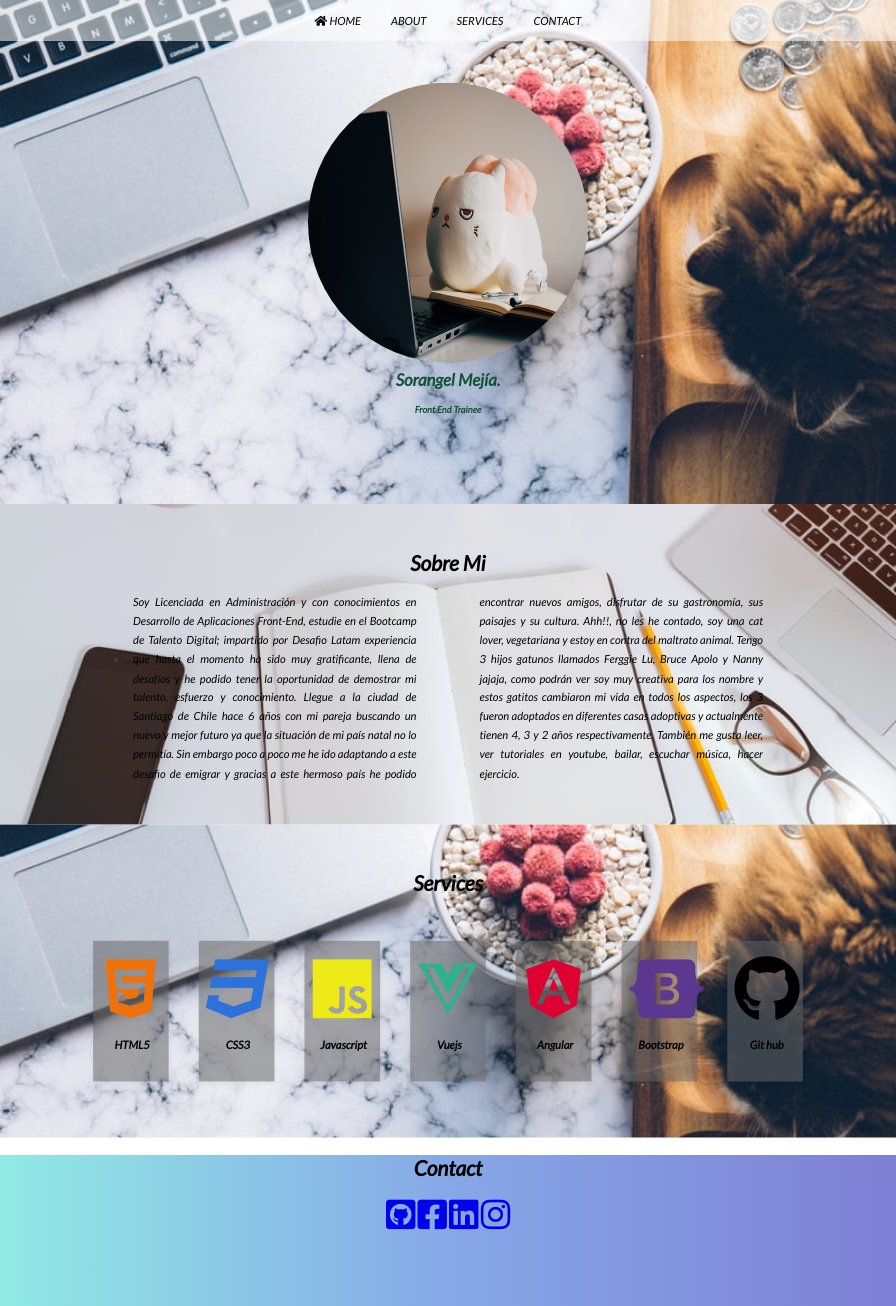
Repository: sory2311/portfolio-css
Page: index.html
The author's editor kept a copy of each file at every save. The page is drawn from the files as they stood at one save, then again after the next save.
The browser window is 1280 px wide. The pictures show the whole page, at 70% of full size.
Backgrounds fixed to the window are drawn as part of the page. Some web libraries are served in a nearby version.

Above is the page before, as saved 2021-05-27 18:49:46.

### index.html
<!DOCTYPE html>
<html lang="en">
  <head>
    <meta charset="UTF-8" />
    <meta name="viewport" content="width=device-width, initial-scale=1.0" />
    <title>Document</title>
    <link
      rel="stylesheet"
      href="https://cdnjs.cloudflare.com/ajax/libs/font-awesome/5.14.0/css/all.min.css"
    />
    <link
      href="https://fonts.googleapis.com/css2?family=Lato:ital@1&display=swap"
      rel="stylesheet"
    />
    <link rel="stylesheet" href="./css/style.css" />
  </head>

  <body>
    <nav class="sidebar">
      <a href="#home" class="sidebar-item"><i class="fas fa-home"></i> Home</a>
      <a href="#about" class="sidebar-item">About</a>
      <a href="#services" class="sidebar-item">Services</a>
      <a href="#contact" class="sidebar-item">Contact</a>
      <a href="javscript:void(0)" class="close"><i class="fa fa-times"></i></a>
    </nav>
    <a href="javscript:void(0)" class="open"><i class="fa fa-bars"></i></a>

    <!--aqui comienza el home-->
    <header id="home">
      <img src="./img/avatar2.jpeg" alt="Mi foto" class="avatar" />
      <h2 class="header-name">Sorangel Mejía.</h2>
      <h5 class="header-title">Front End Trainee</h5>
    </header>

    <!--aqui comienza el acerca de:-->
    <section id="about">
      <div class="container">
        <h1 class="section-title">Sobre Mi</h1>
        <p class="about-content">
          Soy Licenciada en Administración y con conocimientos en Desarrollo de Aplicaciones Front-End,
          estudie en el Bootcamp de Talento Digital; impartido por Desafio Latam
          experiencia que hasta el momento ha sido muy gratificante, llena de
          desafíos y he podido tener la oportunidad de demostrar mi
          talento, esfuerzo y conocimiento. Llegue a la ciudad de Santiago de Chile hace 6 años con mi pareja buscando un nuevo y mejor futuro
          ya que la situación de mi país natal no lo permitía. Sin embargo poco a poco me he ido adaptando a
          este desafio de emigrar y gracias a este hermoso país he podido encontrar nuevos amigos, disfrutar
          de su gastronomía, sus paisajes y su cultura.
          Ahh!!, no les he contado, soy una cat lover, vegetariana y estoy en contra del maltrato animal.
                    Tengo 3 hijos gatunos llamados Ferggie Lu, Bruce Apolo y Nanny jajaja, como podrán ver soy muy
                    creativa para los nombre y estos gatitos cambiaron mi vida en todos los aspectos, los 3
                    fueron
                    adoptados en diferentes casas adoptivas y actualmente tienen 4, 3 y 2 años respectivamente.
                    También me gusta leer, ver tutoriales en youtube, bailar, escuchar música, hacer
                    ejercicio.
        </p>
      </div>
    </section>
    <!--aqui comienza el servicios-->
    <section id="services">
      <div class="container">
        <h1 class="section-title">Services</h1>
        <div class="card">
          <i class="fab fa-html5 fa-6x icon-html5"></i>
          <div class="container">
            <h4 class="title">HTML5</h4>
          </div>
        </div>
        <div class="card">
          <i class="fab fa-css3 fa-6x icon-css3"></i>
          <div class="container">
            <h4 class="title">CSS3</h4>
          </div>
        </div>
        <div class="card">
          <i class="fab fa-js fa-6x icon-js"></i>
          <div class="container">
            <h4 class="title">Javascript</h4>

          </div>
        </div>
        <div class="card">
                <i class="fab fa-vuejs fa-6x icon-vuejs"></i>
                <div class="container">
                  <h4 class="title">Vuejs</h4>
                </div>
              </div>
              <div class="card">
                <i class="fab fa-angular fa-6x icon-angular"></i>
                <div class="container">
                  <h4 class="title">Angular</h4>

                </div>
              </div>
              <div class="card">
                    <i class="fab fa-bootstrap fa-6x icon-bootstrap"></i>
                    <div class="container">
                      <h4 class="title">Bootstrap</h4>

                    </div>
                  </div>
                  <div class="card">
                        <i class="fab fa-github fa-6x icon-github"></i>
                        <div class="container">
                          <h4 class="title">Git hub</h4>

                        </div>
                      </div>
      </div>
    </section>

    <!--aqui comienza el contacto-->
    <section id="contact">
      <div class="container">
        <h1 class="section-title">Contact</h1>
                  <div class="col-sm-6 footer">

                          <div class="icons-footer">
                              <a href="https://github.com/sory2311/" target='_blank'><i
                                      class="fab fa-github-square fa-3x"></i></a>
                              <a href="https://www.facebook.com/sory.mejiab/" target='_blank'><i
                                class="fab fa-facebook-square fa-3x"></i></a>
                              <a href="https://www.linkedin.com/in/sorangel-mejía-berrios-803b10107/" target='_blank'><i
                                class="fab fa-linkedin fa-3x"></i></a>
                              <a href="https://www.instagram.com/ferbrunny.2102/" target='_blank'><i
                                class="fab fa-instagram fa-3x"></i></a>
                          </div>
                      </div>



      </div>
    </section>

    <script src="./js/main.js"></script>
  </body>
</html>

### css/style.css
body {
   margin: 0;
   font-family: 'Lato';
}
/* aqui comienza el SIDEBAR*/

.sidebar {
    background-color: #ffffff88;
    overflow: hidden;
    position: fixed;
    text-align: center;
    top: 0;
    width: 100%;
    z-index: 3;
}

.sidebar .sidebar-item {
    color: black;
    font-size: 1em;
    padding: 20px;
    margin: 0 auto;
    text-decoration: none;
    text-transform: uppercase;
    display: inline-block;
}

.sidebar .sidebar-item:hover {
    background-color: #cccccc;

}

.sidebar .close {
    color: black;
    display: none;
    font-size: 1em;
    padding: 10px;
    position: absolute;
    top: 0;
    right: 30px;

}
.sidebar .close:hover {
    color: #3e34cc;
}

.open {
    color: #3e34cc;
    display: none;
    font-size: 1em;
    position: absolute;
    right: 12%;
    padding: 10px;
    top: 0;
    z-index: 2;
}
/* aqui TERMINA el SIDEBAR*/

/* aqui COMIENZA el HOME*/

#home {
    width: 100%;
    height: 100vh;
    display: flex;
    flex-direction: column;
    justify-content: center;
    align-items: center;
    background-attachment: fixed;
    background-image: url(../img/fondo/fondo7.jpeg);
    background-position: center center;
    background-size: cover;
}

#home .avatar {
    border-radius: 200px;
    width:400px;
    height:400px;



}
#home .header-name, #home .header-title{
text-align: center;
margin: 10px;
color: rgb(18, 83, 56);
}

/* aqui Termina el HOME*/


/* ---------  aqui COMIENZA el ABOUT*/

#about {
    width: 100%;
    height: auto;
    text-align: center;
    background-attachment: fixed;
    background-image: url(../img/fondo/fondo4.jpeg);
    background-position: center center;
    background-size: cover;

}

#about .container {
    width: 100%;
    max-width: 1200px;
    margin: 0 auto;
    padding-top: 40px;
    padding-bottom: 40px;
}

#about .container .about-content{
    text-align: justify;
    column-count: 2;
    column-gap: 10%;
    margin: 20px auto;
    line-height: 1.7em;
    width: 75%;
}
/* ------------  aqui Termina el ABOUT    */


 /* LA SESION TITLE SE REFERIERE A TODOS NUESTROS H1*/
 .section-title {
     font-size: 30px;
     color: black;
     text-align: center;
 }
 /* LA SESION TITLE SE REFERIERE A TODOS NUESTROS H1*/


/* ------------  aqui COMIENZA el SERVICES   */

 #services {
     width: 100%;
     background-attachment: scroll;
     background-position: center center;
     background-size: cover;
     background-image: url(../img/fondo/fondo7.jpeg);
 }

 #services .container{
    width: 100%;
    max-width: 1200px;
    margin: 0 auto;
    text-align: center;
    padding-top: 40px;
    padding-bottom: 40px;
 }

 #services .container .card{
     background-color: #66666688;
     box-shadow: 0 4px 8px 0 #00000011;
     display: inline-block;
     margin: 40px 20px;
     padding: 20px 10px;
     width: 88px;
     text-align: center;
 }

 #services .container .card .container{
     padding: 2px;
     text-align: center;
 }

 #services .container .card .container h4,
 #services .container .card .container p {
    text-align: center;
    display: block;
 }

 #services .container .card .icon-html5 {
color: rgb(238, 114, 12)
 }

 #services .container .card .icon-css3 {
     color: rgb(45, 114, 218)
}
#services .container .card .icon-js {
    color: rgb(238, 234, 24)
}

#services .container .card .icon-vuejs {
    color: #31b189;
}

#services .container .card .icon-bootstrap {
    color: #5b3791fb;
}
#services .container .card .icon-angular {
    color: #DD0031;
}

/* ------------  aqui COMIENZA el CONTACTOS   */
#contact {
    width: 100%;
    height: 30vh;
    text-align: center;
    background-attachment: fixed;
    background: #7F7FD5;  /* fallback for old browsers */
    background: -webkit-linear-gradient(to right, #91EAE4, #86A8E7, #7F7FD5);  /* Chrome 10-25, Safari 5.1-6 */
    background: linear-gradient(to right, #91EAE4, #86A8E7, #7F7FD5); /* W3C, IE 10+/ Edge, Firefox 16+, Chrome 26+, Opera 12+, Safari 7+ */


    /*background-image: url(../img/fondo/fondo3.jpeg);
    background-position: center center;
    background-size: cover;*/
}






/*PARA TRABAJAR CON MEDIA QUERIES*/

@media only screen and (min-width: 375px) and (max-width: 410px) {
    #home .avatar {
        width: 50%;
    }

    #about .container .about-content {
        text-align: justify;
        column-count: 1;
        margin: 20px auto;
        line-height: 1.7em;
        width: 75%;
    }

}

@media only screen and (min-width: 411px) and (max-width: 767px) {
    .sidebar {
        background-color: #3e34cc;
        height: 100%;
        padding-top: 40px;
        position: fixed;
        overflow-x: hidden;
        text-align: center;
        top: 0;
        transition: .5s;
        width: 0;
        z-index: 3;
    }

    .sidebar .sidebar-item {
        padding: 10px 0;
        margin: 0 auto;
        text-decoration: none;
        color: #fff;
        font-size: .8em;
        text-transform: uppercase;
        display: block;
        transition: .5s;
    }

    .sidebar .close {
        display: block;
        z-index: 3;
    }

    .open {
        display: block;
        font-size: 1em;
        z-index: 2;
    }

    #home .avatar {
        width: 75%;
    }

    #about .container .about-content {
        text-align: justify;
        column-count: 1;
        margin: 20px auto;
        line-height: 1.7em;
        width: 75%;
    }



}

@media only screen and (min-width: 768px) and (max-width: 1024px) {

    .sidebar {
        background-color: #3e34cc;
        height: 100%;
        padding-top: 40px;
        position: fixed;
        overflow-x: hidden;
        text-align: center;
        top: 0;
        transition: .5s;
        width: 0;
        z-index: 3;
    }

    .sidebar .sidebar-item {
        padding: 10px 0;
        margin: 0 auto;
        text-decoration: none;
        color: #fff;
        font-size: .8em;
        text-transform: uppercase;
        display: block;
        transition: .5s;
    }

    .sidebar .close {
        display: block;
        z-index: 3;
    }

    .open {
        position: fixed;
        display: block;
        font-size: 1em;
        z-index: 2;
    }

    #home .avatar {
        width: 300px;
    }
}

Loaded but not shown: js/main.js (no copy from this time; the picture is the same without it)

After the next save:
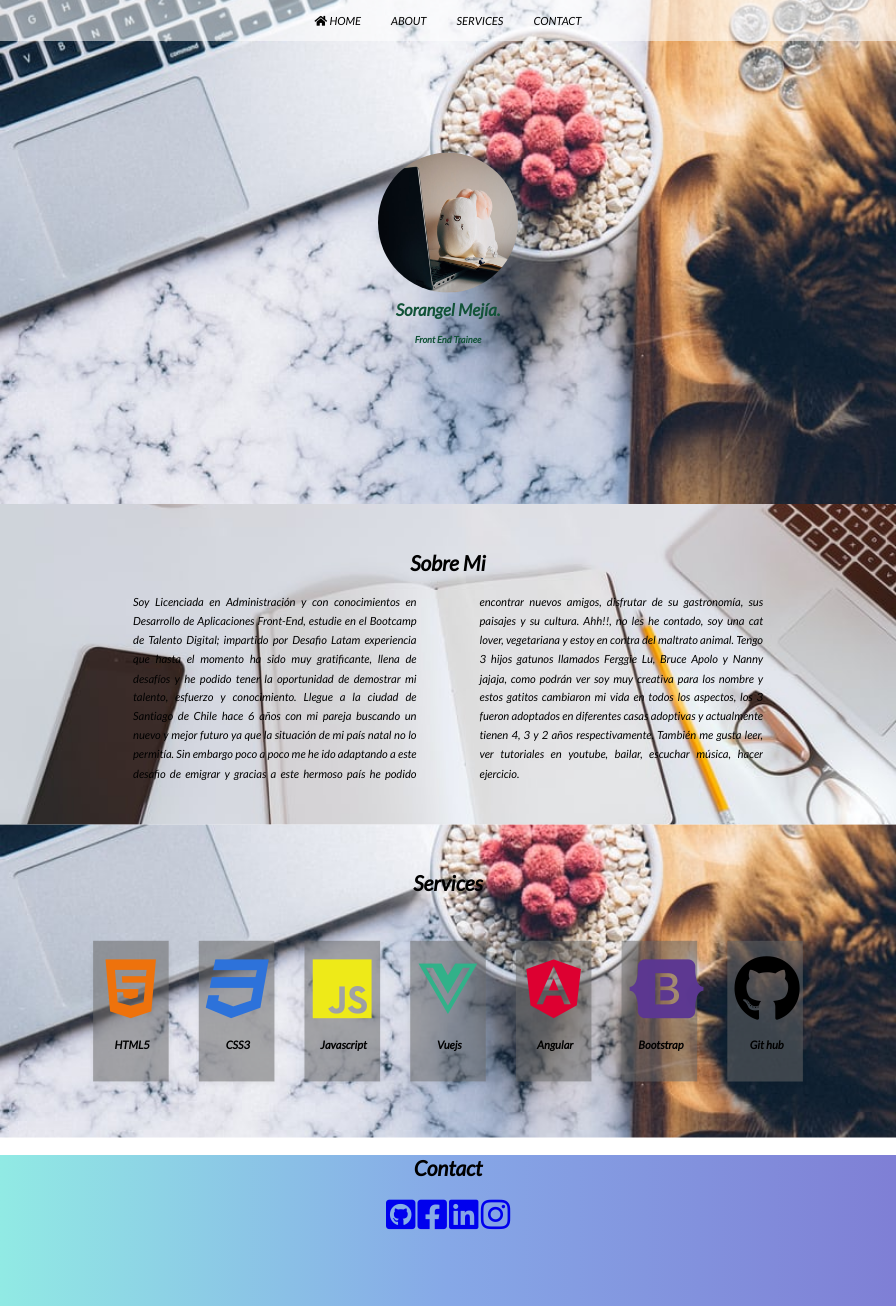
Saved 81 s later.
--- a/css/style.css
+++ b/css/style.css
@@ -71,9 +71,9 @@
 }
 
 #home .avatar {
-    border-radius: 200px;
-    width:400px;
-    height:400px;
+    border-radius: 100px;
+    width:200px;
+    height:200px;
 
 
 
